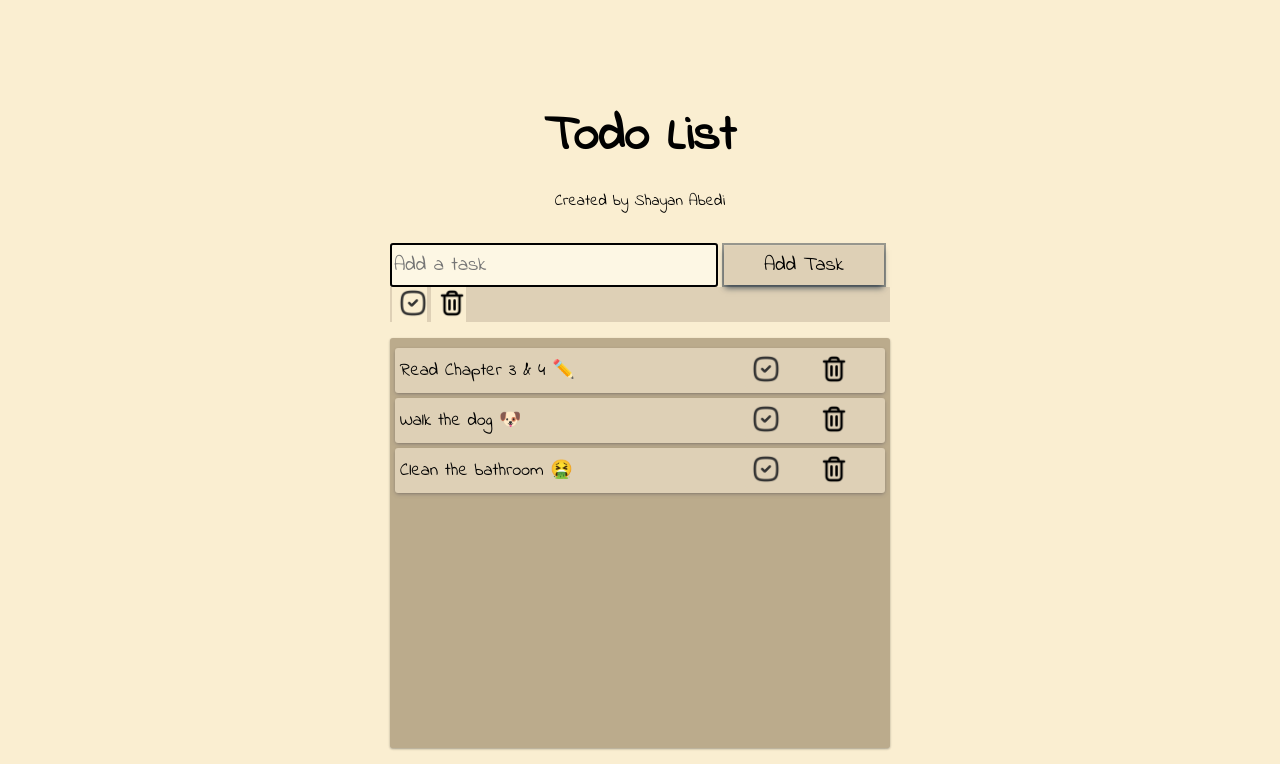
Repository: shayanabedi98/todo-list
Page: /
An editor plug-in stored every save of this project. The page is shown before and after the next save, followed by the edit.
The browser window is 1280 px wide. The pictures show the whole page.
The project was rebuilt for these pictures with package versions that can differ from the ones it lists, and the page was loaded fresh each time. Also part of the build but not shown: vite.config.js.

Above is the page before, as saved 2023-12-30 17:29:09.

### index.html
<!doctype html>
<html lang="en">
  <head>
    <meta charset="UTF-8" />
    <link rel="icon" type="image/svg+xml" href="./src/assets/pencil-svgrepo-com.png" />
    <meta name="viewport" content="width=device-width, initial-scale=1.0" />
    <link rel="preconnect" href="https://fonts.googleapis.com">
    <link rel="preconnect" href="https://fonts.gstatic.com" crossorigin>
    <link href="https://fonts.googleapis.com/css2?family=Indie+Flower&display=swap" rel="stylesheet">
    <title>Todo List</title>
  </head>
  <body>
    <div id="root"></div>
    <script type="module" src="/src/main.jsx"></script>
  </body>
</html>

### src/App.jsx
import { useState } from "react";
import { v4 as uuid } from "uuid";
import TodoList from "./TodoList";
import CreateTask from "./CreateTask";
import AffectAll from "./AffectAll";

function App() {
  const [list, setList] = useState([
    { id: uuid(), text: "Read Chapter 3 & 4 ✏️", completed: false },
    { id: uuid(), text: "Walk the dog 🐶", completed: false },
    { id: uuid(), text: "Clean the bathroom 🤮", completed: false },
  ]);
  const [input, setInput] = useState("");

  const addTask = () => {
    if (input.trim() !== "") {
      setList([...list, { id: uuid(), text: input, completed: false }]);
      setInput("");
    }
  };

  const handleChange = (event) => {
    setInput(event.target.value);
  };

  const handleDelete = (taskID) => {
    const newList = list.filter((task) => {
      return task.id !== taskID;
    });
    setList(newList);
  };

  const handleComplete = (taskID) => {
    const newList = list.map((task) => {
      if (task.id === taskID) {
        return { ...task, completed: !task.completed };
      } else {
        return task;
      }
    });
    setList(newList);
  };

  const clearAll = () => {
    setList([]);
  };

  const completeAll = () => {
    const isItCompleted = list.some((task) => !task.completed);
    const newList = list.map((task) => ({ ...task, completed: isItCompleted }));
    setList(newList)
  };

  return (
    <>
      <h1>Todo List</h1>
      <p id="developer">Created by Shayan Abedi</p>
      <CreateTask handleChange={handleChange} input={input} addTask={addTask} />
      <AffectAll clearAll={clearAll} completeAll={completeAll} />
      <TodoList
        list={list}
        handleDelete={handleDelete}
        handleComplete={handleComplete}
      />
    </>
  );
}

export default App;

### src/index.css
body {
  background-color: #FAEED1;
  font-family: 'Indie Flower', cursive;
}

h1 {
  font-size: 50px;
  margin-top: 100px;
  margin-bottom: 0;
  text-align: center;
}

.create-task {
  display: grid;
  place-items: center;
  align-content: center;
  grid-template-columns: 1fr 1fr;
  margin: 30px auto 0 auto;
}

.create-task input {
  background-color: #FDF7E4;
  border: 2px solid black;
  border-radius: 3px;
  font-size: 20px;
  height: 38px;
  width: 320px;
  font-family: 'Indie Flower', cursive;
}

.create-task button {
  background-color: #DED0B6;
  border: none;
  font-family: 'Indie Flower', cursive;
  height: 40px;
  width: 160px;
  font-size: 20px;
  box-shadow: rgba(6, 24, 44, 0.4) 0px 0px 0px 2px, rgba(6, 24, 44, 0.65) 0px 4px 6px -1px, rgba(255, 255, 255, 0.08) 0px 1px 0px inset;
  cursor: pointer;
}

.affect-all {
  display: flex;
  place-items: center;
  background-color: #DED0B6;
}

.affect-all-text {
  display: grid;
  place-items: start;
}

.affect-all p{
 font-size: 20px;
}

.affect-all button {
  background-color: #FAEED1;
  border: none;
  font-family: 'Indie Flower', cursive;
  height: 35px;
  width: 35px;
  margin: auto 2px;
  cursor: pointer;
}

.list ul {
 padding: 5px;
 box-shadow: rgba(0, 0, 0, 0.12) 0px 1px 3px, rgba(0, 0, 0, 0.24) 0px 1px 2px;
  border-radius: 3px;
  background-color: #BBAB8C;
  min-height: 400px;
}

.list li {
  list-style: none;
  display: grid;
  grid-template-columns: 1fr 0.2fr 0.2fr;
  background-color: #DED0B6;
  margin-top: 5px;
  margin-bottom: 5px;
  padding: 5px;
  box-shadow: rgba(50, 50, 93, 0.25) 0px 2px 5px -1px, rgba(0, 0, 0, 0.3) 0px 1px 3px -1px;
  border-radius: 3px;
  font-size: 18px;
  align-items: center;
}

#developer, h1, .create-task, .list, .affect-all {
  width: 500px;
  margin-left: auto;
  margin-right: auto;
}

.list button {
  background-color: #DED0B6;
  height: 35px;
  width: 35px;
  margin: auto 2px;
  cursor: pointer;
  border: none;
  border-radius: 3px;
}

.list img, .affect-all img {
  height: 30px;
}

#developer {
  text-align: center;
}

### src/TodoList.jsx
import React from "react";
import trash from "./assets/trash.png";
import check from "./assets/check.png";

const TodoList = ({ handleComplete, handleDelete, list }) => {
  const completedStyle = (condition) => {
    return condition
      ? {
          color: "grey",
          textDecoration: "line-through",
        }
      : {};
  };

  return (
    <div className="list">
      <ul>
        {list.map((task) => {
          return (
            <li key={task.id}>
              <span style={completedStyle(task.completed)}>{task.text}</span>
              <button id="complete" onClick={() => handleComplete(task.id)}>
                <img src={check} alt="checkmark button"/>
              </button>
              <button id="delete" onClick={() => handleDelete(task.id)}>
                <img src={trash} alt="delete button"/>
              </button>
            </li>
          );
        })}
      </ul>
    </div>
  );
};

export default TodoList;

### src/CreateTask.jsx
import React from "react";

const CreateTask = ({input, addTask, handleChange}) => {
  return (
    <div className="create-task">
      <input
        onKeyDown={(e) => e.key === 'Enter' && addTask()}
        placeholder="Add a task"
        type="text"
        onChange={handleChange}
        value={input}
      />
      <button onClick={addTask}>Add Task</button>
    </div>
  );
};

export default CreateTask;

### src/AffectAll.jsx
import React from "react";
import trash from "./assets/trash.png";
import check from "./assets/check.png";

const AffectAll = ({ clearAll, completeAll }) => {
  return (
    <div className="affect-all">
      <button onClick={completeAll}>
        <img src={check} alt="" />
      </button>
      <button onClick={clearAll}>
        <img src={trash} alt="" />
      </button>
    </div>
  );
};

export default AffectAll;

Loaded but not shown: src/main.jsx (common file)

After the next save:
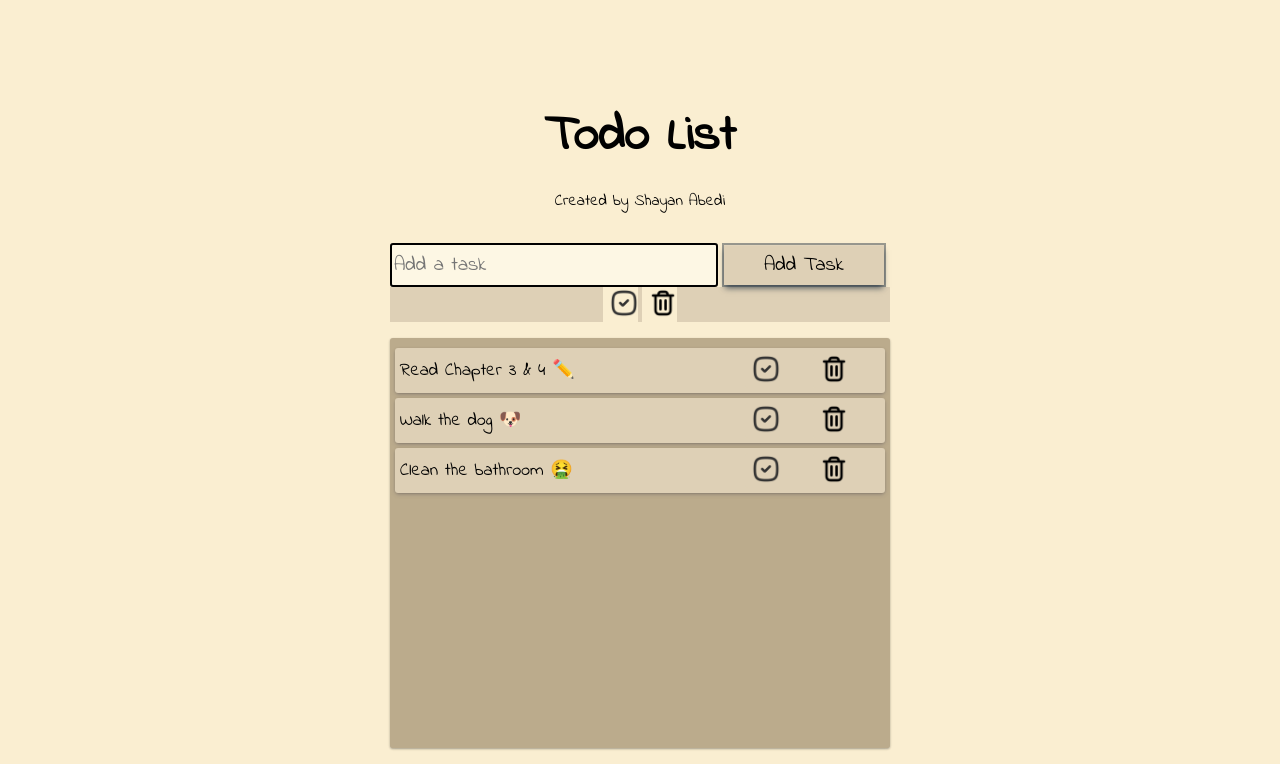
Saved 4 s later.
--- a/src/index.css
+++ b/src/index.css
@@ -41,7 +41,7 @@ h1 {
 
 .affect-all {
   display: flex;
-  place-items: center;
+  place-content: center;
   background-color: #DED0B6;
 }
 
